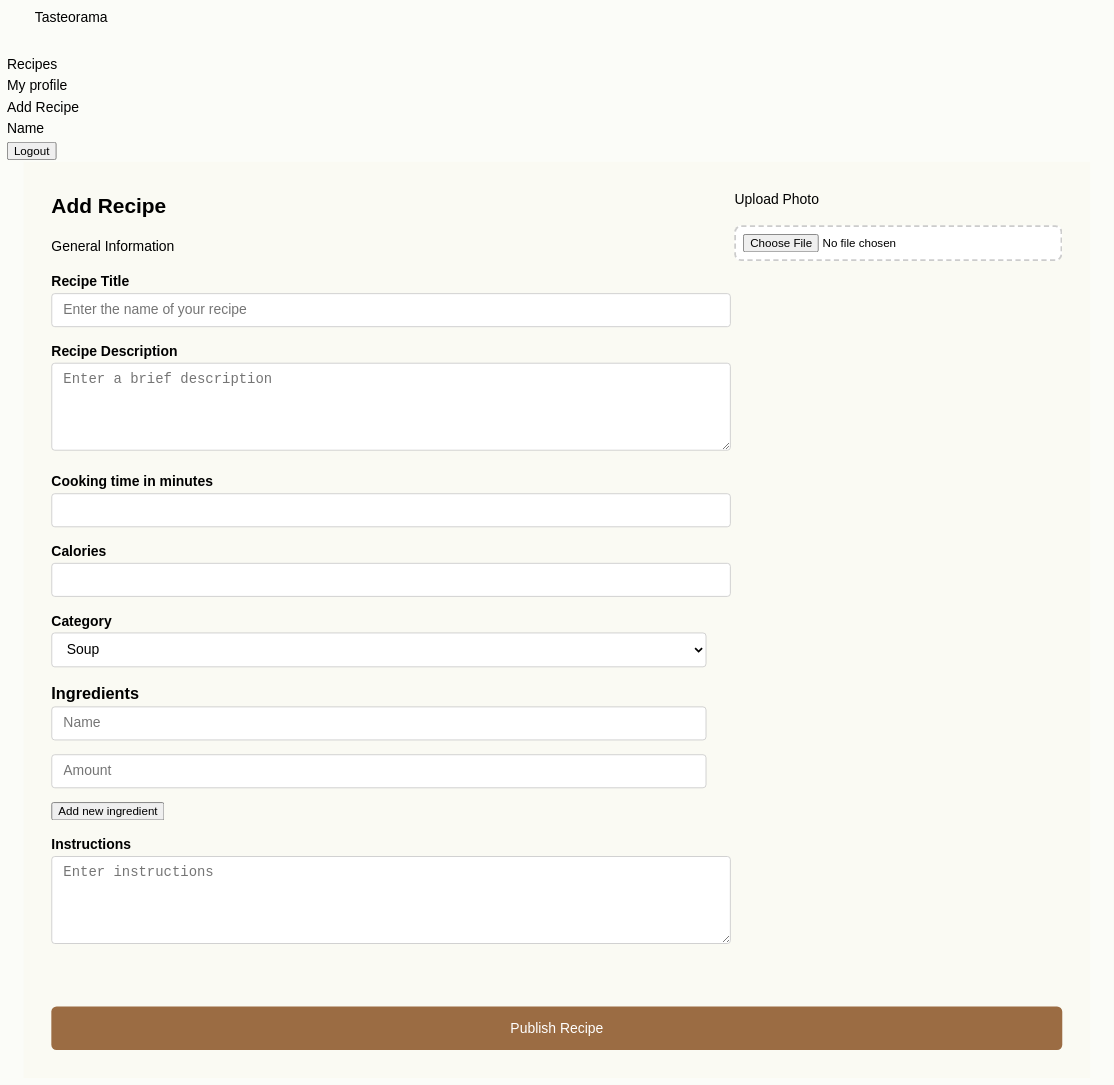
Repository: Alex-chernomor/frontEndRepo
Page: /
These files come from the project's save history. The page is drawn as it stood at one moment and after the next save; the edit follows.
The browser window is 1280 px wide. The pictures show the whole page, at 87% of full size.
The project was rebuilt for these pictures with package versions that can differ from the ones it lists, and the page was loaded fresh each time. Also part of the build but not shown: vite.config.js, src/sections/Header/Header.module.css.

Above is the page before, as saved 2025-07-03 22:56:46.

### index.html
<!DOCTYPE html>
<html lang="en">
  <head>
    <meta charset="UTF-8" />
    <link rel="icon" type="image/svg+xml" href="/logo.svg" />
    <meta name="viewport" content="width=device-width, initial-scale=1.0" />
    <title>Tasteorama</title>
  </head>
  <body>
    <div id="root"></div>
    <script type="module" src="/src/main.jsx"></script>
  </body>
</html>

### src/main.jsx
import { StrictMode } from "react";
import { createRoot } from "react-dom/client";
import { Provider } from "react-redux";
import { PersistGate } from "redux-persist/integration/react";
// import { store, persistor } from "./redux/store.js";
import "./index.css";
import App from "./App.jsx";
import { BrowserRouter } from "react-router-dom";

createRoot(document.getElementById("root")).render(
  <StrictMode>
    {/* <Provider store={store}> */}
    {/* <PersistGate persistor={persistor}> */}
    <BrowserRouter>
      <App />
    </BrowserRouter>
    {/* </PersistGate> */}
    {/* </Provider> */}
  </StrictMode>
);

### src/index.css
body {
  font-family: "Montserrat", sans-serif;
  line-height: 1.55;
  font-weight: 400;
  background-color: #fbfcf8;
  color: #000000;
  height: 100%;
}

h1,
h2,
h3,
h4,
h5,
h6,
p {
  margin: 0;
}

ul {
  margin: 0;
  padding: 0;
  list-style: none;
}

a {
  color: currentColor;
  text-decoration: none;
  cursor: pointer;
}

button {
  cursor: pointer;
  font-family: inherit;
}

img {
  display: block;
  width: 100%;
  height: auto;
  object-fit: cover;
}

input {
  color: inherit;
  font-family: inherit;
}

.container {
  min-width: 320px;
  max-width: 393px;
  padding-right: 16px;
  padding-left: 16px;
  margin: 0 auto;
}

@media screen and (min-width: 768px) {
  .container {
    max-width: 768px;
    padding-right: 32px;
    padding-left: 32px;
  }
}

@media screen and (min-width: 1440px) {
  .container {
    max-width: 1440px;
    padding-right: 108px;
    padding-left: 108px;
  }
}

### src/App.jsx
import React from "react";
import Header from "./sections/Header/Header";
// import ModalWindow from "./components/ModalWindow/ModalWindow";
import RecipeForm from "./components/RecipeForm/RecipeForm.jsx";

export default function App() {
  return (
    <div>
      <Header />
      {/* <ModalWindow /> */}
      <RecipeForm />
    </div>
  );
}

### src/sections/Header/Header.jsx
// Section header
// Use LogoComponent, Recipes link, User menu or AuthNav ( {isLoggedIn ? <UserMenu /> : <AuthNav />})
import Logo from "../../components/Logo/Logo.jsx";
import { Link, NavLink } from "react-router";
import clsx from "clsx";
import css from "./Header.module.css";

const getLinkStyles = ({ isActive }) => {
  return clsx(css.link, isActive && css.active);
};

export default function Header() {
  return (
    <div>
      <ul>
        <li>
          <Link to="/">
            <Logo />
          </Link>
        </li>
        <li>
          <NavLink to="/recipes" className={getLinkStyles}>
            Recipes
          </NavLink>
        </li>
        <li>
          <NavLink to="/user/profile" className={getLinkStyles}>
            My profile
          </NavLink>
        </li>
        <li>
          <NavLink to="/add-recipe" className={getLinkStyles}>
            Add Recipe
          </NavLink>
        </li>
      </ul>
      {/* <img src="" alt="" /> */}
      <p>Name</p>
      <button>Logout</button>
    </div>
  );
}

### src/components/RecipeForm/RecipeForm.jsx
import React, { useState } from "react";
import { Field, Form, Formik, ErrorMessage, FieldArray } from "formik";
import css from "./RecipeForm.module.css";
import * as Yup from "yup";

const RecipeSchema = Yup.object().shape({
  title: Yup.string().required("Required"),
  description: Yup.string().required("Required"),
  cookingTime: Yup.number().positive("Must be positive").required("Required"),
  calories: Yup.string().required("Required"),
  category: Yup.string().required("Required"),
  ingredients: Yup.array().of(
    Yup.object().shape({
      name: Yup.string().required("Required"),
      amount: Yup.string().required("Required"),
    })
  ),
  instructions: Yup.string().required("Required"),
  photo: Yup.mixed().nullable(),
});

export default function RecipeForm({ onAdd }) {
  const [preview, setPreview] = useState(null);

  return (
    <Formik
      initialValues={{
        title: "",
        description: "",
        ingredients: "",
        instructions: "",
      }}
      onSubmit={(values) => {
        const dataToSubmit = {
          ...values,
          ingredients: values.ingredients.map((i) => ({ ...i })),
        };
        console.log(dataToSubmit);
      }}
    >
      {(values, setFieldValue) => (
        <Form className={css.formWrapper}>
          <div className={css.leftColumn}>
            <h2 className={css.sectionTitle}>Add Recipe</h2>
            <p className={css.generalInfo}>General Information</p>

            <div>
              <label htmlFor="title">Recipe Title</label>
              <Field
                name="title"
                placeholder="Enter the name of your recipe"
                className={css.input}
              />
              <ErrorMessage
                name="title"
                component="div"
                className={css.error}
              />
            </div>

            <div>
              <label htmlFor="description">Recipe Description</label>
              <Field
                name="description"
                as="textarea"
                placeholder="Enter a brief description"
                className={css.input}
              />
              <ErrorMessage
                name="description"
                component="div"
                className={css.error}
              />
            </div>

            <div>
              <label htmlFor="cookingTime">Cooking time in minutes</label>
              <Field name="cookingTime" type="number" className={css.input} />
              <ErrorMessage
                name="cookingTime"
                component="div"
                className={css.error}
              />
            </div>

            <div>
              <label htmlFor="calories">Calories</label>
              <Field name="calories" className={css.input} />
              <ErrorMessage
                name="calories"
                component="div"
                className={css.error}
              />
            </div>

            <div>
              <label htmlFor="category">Category</label>
              <Field name="category" as="select" className={css.input}>
                <option value="Soup">Soup</option>
                <option value="Main">Main</option>
                <option value="Dessert">Dessert</option>
              </Field>
              <ErrorMessage
                name="category"
                component="div"
                className={css.error}
              />
            </div>

            <FieldArray name="ingredients">
              {({ push, remove }) => (
                <div>
                  <h3>Ingredients</h3>
                  <div className={css.ingredientRow}>
                    <Field
                      name="ingredientName"
                      placeholder="Name"
                      className={css.input}
                    />
                    <Field
                      name="ingredientAmount"
                      placeholder="Amount"
                      className={css.input}
                    />
                    <button
                      type="button"
                      onClick={() => {
                        if (values.ingredientName && values.ingredientAmount) {
                          push({
                            name: values.ingredientName,
                            amount: values.ingredientAmount,
                          });
                          setFieldValue("ingredientName", "");
                          setFieldValue("ingredientAmount", "");
                        }
                      }}
                    >
                      Add new ingredient
                    </button>
                  </div>
                  <div className={css.ingredientList}>
                    {/* {values.ingredients.map((ing, index) => (
                      <div key={index} className={css.ingredientItem}>
                        {ing.name} — {ing.amount}
                        <button
                          type="button"
                          className={css.deleteBtn}
                          onClick={() => remove(index)}
                        >
                          🗑
                        </button>
                      </div>
                    ))} */}
                  </div>
                </div>
              )}
            </FieldArray>

            <div>
              <label htmlFor="instructions">Instructions</label>
              <Field
                name="instructions"
                as="textarea"
                placeholder="Enter instructions"
                className={css.input}
              />
              <ErrorMessage
                name="instructions"
                component="div"
                className={css.error}
              />
            </div>
          </div>

          <div className={css.rightColumn}>
            <p className={css.uploadPhoto}>Upload Photo</p>
            <input
              name="photo"
              type="file"
              accept="image/*"
              className={css.uploadImage}
              onChange={(event) => {
                const file = event.currentTarget.files[0];
                setFieldValue("photo", file);
                setPreview(URL.createObjectURL(file));
              }}
            />
            {preview && (
              <img src={preview} alt="Preview" className={css.previewImage} />
            )}
          </div>

          <button type="submit" className={css.submitBtn}>
            Publish Recipe
          </button>
        </Form>
      )}
    </Formik>
  );
}

### src/components/Logo/Logo.jsx
import css from './Logo.module.css';

export default function Logo() {
  return (
    <div className={css.container}>
      <div className={css.logo}>
        <svg className={css.icon} height="46">
          <use href="/logo.svg" />
        </svg>
        <p>Tasteorama</p>
      </div>
    </div>
  );
}

### src/components/RecipeForm/RecipeForm.module.css
label {
    color: black;
}


.formWrapper {
    display: grid;
    grid-template-columns: 2fr 1fr;
    gap: 2rem;
    max-width: 1226px;
    width: 100%;
    margin: 0 auto;
    padding: 2rem;
    background-color: #fafaf3;
    box-sizing: border-box;
}

.leftColumn,
.rightColumn {
    display: flex;
    flex-direction: column;
    gap: 1rem;
}

.sectionTitle {
    color: black;
}

.generalInfo {
    color: black;
}

.uploadPhoto {
    color: black;
}

.input,
select,
textarea {
    width: 100%;
    padding: 0.6rem 0.8rem;
    font-size: 1rem;
    border: 1px solid #ccc;
    border-radius: 4px;
    background-color: white;
}

textarea {
    resize: vertical;
    min-height: 80px;
}

label {
    font-weight: 600;
    margin-bottom: 0.25rem;
}

.error {
    color: red;
    font-size: 0.85rem;
}

.uploadImage {
    padding: 0.5rem;
    background: #fff;
    border: 2px dashed #ccc;
    border-radius: 8px;
    text-align: center;
    cursor: pointer;
}

.previewImage {
    width: 100%;
    max-width: 100%;
    height: auto;
    object-fit: cover;
    border-radius: 8px;
}

.ingredientRow {
    display: flex;
    gap: 1rem;
    flex-wrap: wrap;
}

.ingredientItem {
    display: flex;
    justify-content: space-between;
    padding: 0.5rem;
    border: 1px solid #ddd;
    border-radius: 4px;
    background-color: white;
}

.ingredientList {
    display: flex;
    flex-direction: column;
    gap: 0.5rem;
}

.deleteBtn {
    background: none;
    border: none;
    color: red;
    font-size: 1.2rem;
    cursor: pointer;
}

.submitBtn {
    grid-column: span 2;
    margin-top: 2rem;
    padding: 1rem;
    background-color: #9b6c43;
    color: white;
    font-size: 1rem;
    border: none;
    border-radius: 6px;
    cursor: pointer;
}

/* 📱 Mobile: до 768px */
@media (max-width: 768px) {
    .formWrapper {
        grid-template-columns: 1fr;
        width: 100%;
        padding: 1rem;
        gap: 1rem;
    }

    .submitBtn {
        grid-column: span 1;
        padding: 0.8rem;
        font-size: 1rem;
    }

    .ingredientRow {
        flex-direction: column;
    }

    .input,
    select,
    textarea {
        font-size: 0.95rem;
        padding: 0.5rem;
    }
}

/* 📱 Tablet: 768px — 1023px */
@media (min-width: 768px) and (max-width: 1025px) {
    .formWrapper {
        grid-template-columns: 1fr;
        width: 100%;
        padding: 1.5rem;
        gap: 1.5rem;
    }

    .submitBtn {
        grid-column: span 1;
    }

    .ingredientRow {
        flex-direction: row;
    }
}

/* 🖥 Desktop: 1026px і більше */
@media (min-width: 1026px) {
    .formWrapper {
        grid-template-columns: 2fr 1fr;
        width: 1440px;
        padding: 2rem;
        gap: 2rem;
    }

    .submitBtn {
        grid-column: span 2;
    }
}

### src/components/Logo/Logo.module.css
.link {
  display: flex;
  align-items: center;
  gap: 8px;
  text-decoration: none;
}

.icon {
  margin-top: 8px;
  display: block;
  width: 32px;
  height: 46px;
  fill: currentColor;
}

.logo {
  display: flex;
  align-content: center;
}

.container {
  justify-content: center;
  align-items: center;
}

After the next save:
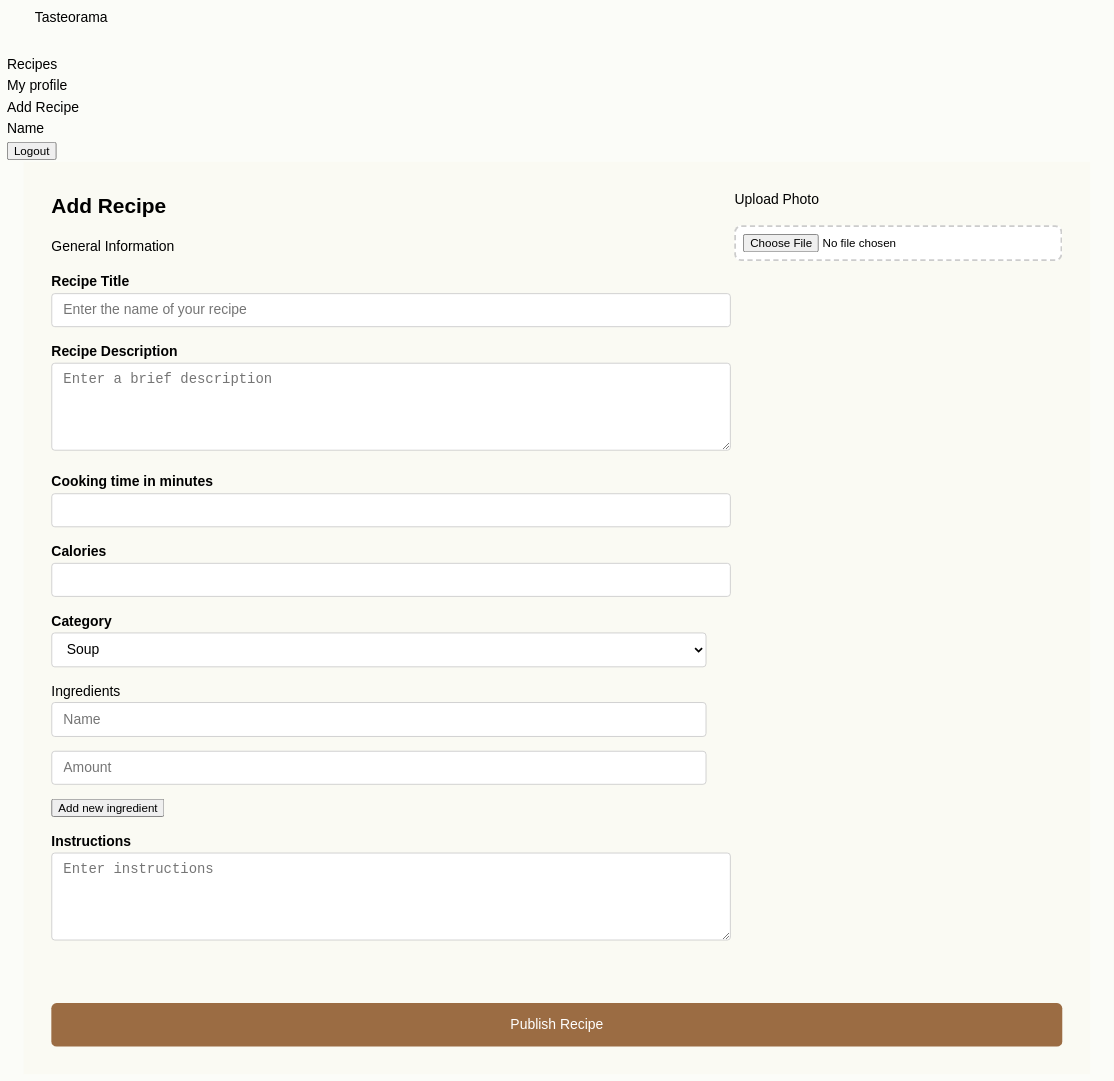
Saved 2 min 23 s later.
--- a/src/components/RecipeForm/RecipeForm.jsx
+++ b/src/components/RecipeForm/RecipeForm.jsx
@@ -110,7 +110,7 @@ export default function RecipeForm({ onAdd }) {
             <FieldArray name="ingredients">
               {({ push, remove }) => (
                 <div>
-                  <h3>Ingredients</h3>
+                  <p className={css.ingredientsTitle}>Ingredients</p>
                   <div className={css.ingredientRow}>
                     <Field
                       name="ingredientName"
